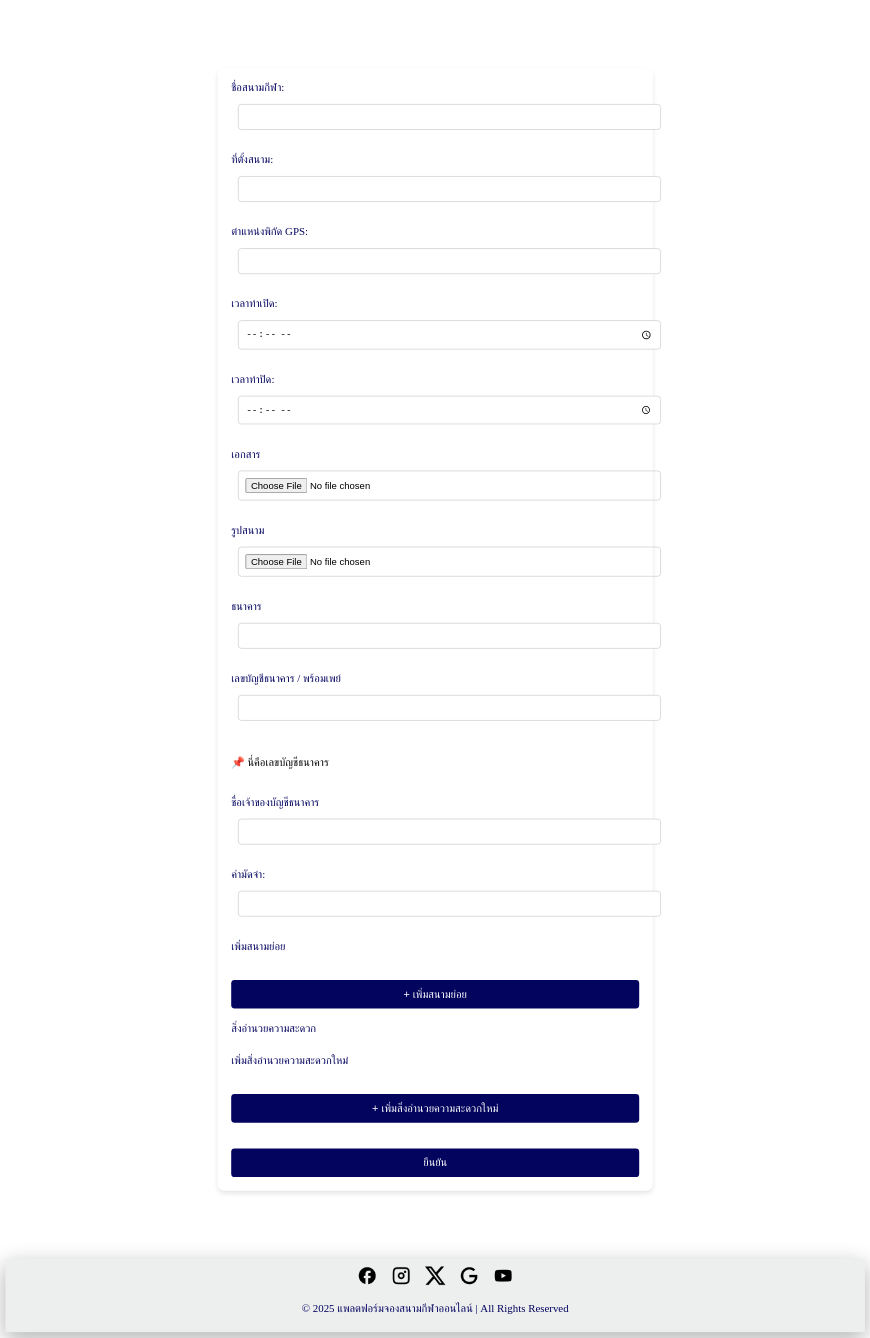
Repository: narawit101/project2
Page: /register-field (app in frontend/)
An editor plug-in stored every save of this project. The page is shown before and after the next save, followed by the edit.
The browser window is 1280 px wide. The pictures show the whole page, at 68% of full size.
The page's requests for data from a server got no answer. The project was rebuilt for these pictures with package versions that can differ from the ones it lists, and the page was loaded fresh each time. The framework's server and built-in components were replaced by stand-ins that run in the browser. No one was signed in, and anything a server would have sent is missing. Also part of the build but not shown: frontend/next.config.js, frontend/next.config.mjs, frontend/src/app/globals.css.

Above is the page before, as saved 2025-03-19 00:13:21.

### frontend/src/app/layout.jsx
import { Kanit } from "next/font/google";
import "./globals.css";
import  Footer from "./components/Footer"

const kanitFont = Kanit({
  variable: "--font-kanit",
  subsets: ["latin", "thai"],
  weight: ["300", "400", "600"],
});

export const metadata = {
  title: "แพลตฟอร์มจองสนามกีฬาออนไลน์",
  description: "Generated by create next app",
  icons: {
    icon:"./favicon.ico"
  }
};

export default function RootLayout({ children }) {
  return (
    <html lang="en">
      <body className={`${kanitFont.variable} antialiased`}>{children}
      <Footer></Footer>
      </body>

    </html>
  );
}

### frontend/src/app/(shared)/register-field/page.jsx
import React from "react";
import RegisterFieldForm from "@/app/components/RegisterFieldForm";

export default function RegisterFieldPage() {
  return (
    <>
    <RegisterFieldForm></RegisterFieldForm>

    </>
  );
}

### frontend/src/app/components/Footer.jsx
import React from "react";
import "../css/footer.css";

export default function Footer() {
  return (
    <div>
      <footer className="footer">
        <div className="social-icons">
          <a href="#">
            <img src="img/fblogo.png" alt="Facebook" />
          </a>
          <a href="#">
            <img src="img/iglogo.png" alt="Instagram" />
          </a>
          <a href="#">
            <img src="img/xlogo.png" alt="Twitter" />
          </a>
          <a href="#">
            <img src="img/gglogo.png" alt="Google" />
          </a>
          <a href="#">
            <img src="img/ytlogo.png" alt="YouTube" />
          </a>
        </div>

        <p className="copyright">
          &copy; 2025 แพลตฟอร์มจองสนามกีฬาออนไลน์ | All Rights Reserved
        </p>
      </footer>
    </div>
  );
}

### frontend/src/app/components/RegisterFieldForm.jsx
"use client";
import React, { useState, useEffect } from "react";
import "../css/registerFieldForm.css";

export default function RegisterFieldForm() {
  const API_URL = "http://localhost:5000";

  const [sports, setSports] = useState([]);
  const [facilities, setFacilities] = useState([]);
  const [selectedFacilities, setSelectedFacilities] = useState({});
  const [subFields, setSubFields] = useState([]);
  const [addOns, setAddons] = useState([]);
  const [newFacility, setNewFacility] = useState("");
  const [showNewFacilityInput, setShowNewFacilityInput] = useState(false);

  const [fieldData, setFieldData] = useState({
    field_name: "",
    address: "",
    gps_location: "",
    documents: null,
    open_hours: "",
    close_hours: "",
    img_field: null,
    preview_img: null,
    number_bank: "",
    account_holder: "",
    price_deposit: "",
    name_bank: "",
    selectedSport: "",
  });

  // 📌 โหลดประเภทกีฬา
  useEffect(() => {
    fetch(`${API_URL}/sports_types`)
      .then((res) => res.json())
      .then((data) => setSports(data))
      .catch((error) => console.error("Error fetching sports:", error));
  }, []);

  // 📌 โหลดสิ่งอำนวยความสะดวก
  useEffect(() => {
    fetch(`${API_URL}/facilities`)
      .then((res) => res.json())
      .then((data) => setFacilities(data))
      .catch((error) => console.error("Error fetching facilities:", error));
  }, []);

  // 📌 อัปเดตค่าช่องกรอกข้อมูลสนาม
  const handleFieldChange = (e) => {
    setFieldData({ ...fieldData, [e.target.name]: e.target.value });
  };

  // 📌 ฟังก์ชันเลือก Checkbox สิ่งอำนวยความสะดวก
  const handleFacilityChange = (facId) => {
    setSelectedFacilities((prev) => {
      const updatedFacilities = { ...prev };
      if (updatedFacilities[facId] !== undefined) {
        delete updatedFacilities[facId];
      } else {
        updatedFacilities[facId] = "";
      }
      return updatedFacilities;
    });
  };

  // 📌 ฟังก์ชันอัปเดตราคาสิ่งอำนวยความสะดวก
  const handleFacilityPriceChange = (facId, price) => {
    setSelectedFacilities((prev) => ({
      ...prev,
      [facId]: price,
    }));
  };

  // 📌 ฟังก์ชันเพิ่มสิ่งอำนวยความสะดวกใหม่
  const addNewFacility = async () => {
    if (!newFacility.trim()) return;

    const res = await fetch(`${API_URL}/facilities/add`, {
      method: "POST",
      headers: { "Content-Type": "application/json" },
      body: JSON.stringify({ fac_name: newFacility }),
    });

    const data = await res.json();
    if (data.error) {
      console.error("Error:", data.error);
      return;
    }

    setFacilities([...facilities, data]);
    setNewFacility("");
    setShowNewFacilityInput(false);
  };

  // ✅ เพิ่มสนามย่อย (มี addOns ในตัวเอง)
  const addSubField = () => {
    // ✅ ดึง user_id จาก localStorage
    const storedUser = localStorage.getItem("user");
    const userData = storedUser ? JSON.parse(storedUser) : null;
    const userId = userData ? userData.user_id : null; // ดึง user_id

    setSubFields([
      ...subFields,
      { name: "", price: "", sport_id: "", user_id: userId, addOns: [] },
    ]);
  };

  // ✅ ลบสนามย่อย (รวมถึง Add-ons ที่อยู่ภายใน)
  const removeSubField = (index) => {
    setSubFields(subFields.filter((_, i) => i !== index));
  };

  // ✅ อัปเดตข้อมูลสนามย่อย
  const updateSubField = (index, key, value) => {
    const updatedSubFields = [...subFields];
    updatedSubFields[index][key] = value;
    setSubFields(updatedSubFields);
  };

  const addAddOn = (subIndex) => {
    const updatedSubFields = [...subFields];
    updatedSubFields[subIndex].addOns.push({ content: "", price: "" });
    setSubFields(updatedSubFields);
  };

  // 📌 อัปเดตค่า Add-on
  const updateAddOn = (subIndex, addOnIndex, key, value) => {
    const updatedSubFields = [...subFields];
    updatedSubFields[subIndex].addOns[addOnIndex][key] = value;
    setSubFields(updatedSubFields);
  };

  // 📌 ลบ Add-on
  const removeAddOn = (subIndex, addOnIndex) => {
    const updatedSubFields = [...subFields];
    updatedSubFields[subIndex].addOns.splice(addOnIndex, 1);
    setSubFields(updatedSubFields);
  };

  // 📌 ฟังก์ชันจัดการอัปโหลดรูป และแสดงตัวอย่าง
  const handleimgChange = (e) => {
    const file = e.target.files[0]; // ดึงไฟล์รูปจาก input
    if (file) {
      setFieldData({
        ...fieldData,
        img_field: file,
        imgPreview: URL.createObjectURL(file), // สร้าง URL เพื่อแสดงรูป
      });
    }
  };

  const handleSubmit = async (e) => {
    e.preventDefault();

    const storedUser = localStorage.getItem("user");
    if (!storedUser) {
      alert("❌ กรุณาเข้าสู่ระบบก่อน!");
      return;
    }

    const userData = JSON.parse(storedUser);
    const userId = userData.user_id; // ✅ ดึง user_id ตอน Submit

    const formData = new FormData();
    formData.append("documents", fieldData.documents);
    formData.append("img_field", fieldData.img_field); // ✅ เพิ่มการส่งรูปภาพ
    formData.append(
      "data",
      JSON.stringify({
        user_id: userId,
        field_name: fieldData.field_name,
        address: fieldData.address,
        gps_location: fieldData.gps_location,
        open_hours: fieldData.open_hours,
        close_hours: fieldData.close_hours,
        number_bank: fieldData.number_bank,
        account_holder: fieldData.account_holder,
        price_deposit: fieldData.price_deposit,
        name_bank: fieldData.name_bank,
        status: fieldData.status || "รอตรวจสอบ", // ✅ เพิ่มค่า Status
        selectedFacilities,
        subFields: subFields,
      })
    );

    try {
      const res = await fetch("http://localhost:5000/field/register", {
        method: "POST",
        body: formData,
      });

      const data = await res.json();
      if (data.error) {
        console.error("❌ Error:", data.error);
        alert("เกิดข้อผิดพลาด: " + data.error);
        return;
      }

      alert("บันทึกข้อมูลสนามเรียบร้อย! รูปภาพถูกอัปโหลดที่: " + data.img_path);
    } catch (error) {
      console.error("❌ Fetch Error:", error);
      alert("เกิดข้อผิดพลาดในการส่งข้อมูล");
    }
  };

  return (
    <div className="contianer">
      <form onSubmit={handleSubmit} encType="multipart/form-data">
        <div className="input-group">
          {" "}
          <label>ชื่อสนามกีฬา:</label>
          <input
            type="text"
            name="field_name"
            value={fieldData.field_name}
            onChange={handleFieldChange}
          />
        </div>
        <div className="input-group">
          <label>ที่ตั้งสนาม:</label>
          <input
            type="text"
            name="address"
            value={fieldData.address}
            onChange={handleFieldChange}
          />
        </div>
        <div className="input-group">
          <label>ตำแหน่งพิกัด GPS:</label>
          <input
            type="text"
            name="gps_location"
            value={fieldData.gps_location}
            onChange={handleFieldChange}
          />
        </div>
        <div className="input-group">
          <label>เวลาทำเปิด:</label>
          <input
            type="time"
            name="open_hours"
            value={fieldData.open_hours}
            onChange={handleFieldChange}
          />
        </div>
        <div className="input-group">
          <label>เวลาทำปิด:</label>
          <input
            type="time"
            name="close_hours"
            value={fieldData.close_hours}
            onChange={handleFieldChange}
          />
        </div>
        <div className="input-group">
          <label htmlFor="documents">เอกสาร</label>
          <input
            type="file"
            onChange={(e) =>
              setFieldData({ ...fieldData, documents: e.target.files[0] })
            }
          />
        </div>
        <div className="input-group">
          <label htmlFor="img_field">รูปสนาม</label>

          <input type="file" onChange={handleimgChange} accept="image/*" />
        </div>
        {/* ✅ แสดงรูปตัวอย่างถ้ามีการอัปโหลด */}
        {fieldData.imgPreview && (
          <div>
            <p>ตัวอย่างรูป:</p>
            <img
              src={fieldData.imgPreview}
              alt="Preview"
              style={{ width: "200px", height: "auto", marginTop: "10px" }}
            />
          </div>
        )}
        <div className="input-group">
          <label htmlFor="bank">ธนาคาร</label>
          <input
            type="text"
            name="name_bank"
            value={fieldData.name_bank}
            onChange={handleFieldChange}
          />
        </div>
        <div className="input-group">
          <label htmlFor="bank">เลขบัญชีธนาคาร / พร้อมเพย์</label>
          <input
            type="number"
            name="number_bank"
            value={fieldData.number_bank}
            onChange={(e) => {
              const value = e.target.value;

              // ✅ อนุญาตเฉพาะตัวเลข
              if (/^\d*$/.test(value)) {
                setFieldData({ ...fieldData, number_bank: value });
              }
            }}
            onBlur={() => {
              const isPromptPay = fieldData.name_bank === "พร้อมเพย์";
              const length = fieldData.number_bank.length;

              // ✅ ตรวจสอบความถูกต้องของเลขที่กรอก
              if (
                (!isPromptPay && length !== 12) || // ✅ ถ้าเป็นบัญชีธนาคารต้อง 12 หลัก
                (isPromptPay && length !== 10 && length !== 13) // ✅ ถ้าเป็นพร้อมเพย์ต้อง 10 หรือ 13 หลัก
              ) {
                alert("เลขที่กรอกไม่ถูกต้อง กรุณากรอกให้ตรงกับเงื่อนไข");
                setFieldData({ ...fieldData, number_bank: "" }); // ❌ เคลียร์ค่า
              }
            }}
            maxLength={13} // ✅ จำกัดสูงสุดที่ 13 หลัก
          />
        </div>
        <div className="input-group">
          <p>
            📌{" "}
            {fieldData.name_bank === "พร้อมเพย์"
              ? "นี่คือหมายเลขพร้อมเพย์"
              : "นี่คือเลขบัญชีธนาคาร"}
          </p>
        </div>
        <div className="input-group">
          <label htmlFor="bank">ชื่อเจ้าของบัญชีธนาคาร</label>
          <input
            type="text"
            name="account_holder"
            value={fieldData.account_holder}
            onChange={handleFieldChange}
          />
        </div>
        <div className="input-group">
          <label>ค่ามัดจำ:</label>
          <input
            type="number"
            name="price_deposit"
            value={fieldData.price_deposit}
            onChange={handleFieldChange}
          />
        </div>
        <div className="input-group">
          <label>เพิ่มสนามย่อย</label>
        </div>
        {subFields.map((sub, subIndex) => (
          <div
            key={subIndex}

          >
            {/* ✅ Input กรอกชื่อสนามย่อย */}
            <div className="input-group">
              <input
                type="text"
                placeholder="ชื่อสนามย่อย"
                value={sub.name}
                onChange={(e) =>
                  updateSubField(subIndex, "name", e.target.value)
                }
              />
            </div>
            {/* ✅ Input กรอกราคา */}
            <div className="input-group">
              <input
                type="number"
                placeholder="ราคา"
                value={sub.price}
                onChange={(e) =>
                  updateSubField(subIndex, "price", e.target.value)
                }
              />
            </div>

            {/* ✅ Dropdown เลือกประเภทกีฬา */}
            <div className="input-group">
              <select
                value={sub.sport_id}
                onChange={(e) =>
                  updateSubField(subIndex, "sport_id", e.target.value)
                }
              >
                <option value="">เลือกประเภทกีฬา</option>
                {sports.map((sport) => (
                  <option key={sport.sport_id} value={sport.sport_id}>
                    {sport.sport_name}
                  </option>
                ))}
              </select>
            </div>

            {/* ✅ ปุ่มเพิ่มกิจกรรมเพิ่มเติม (เฉพาะสนามนี้) */}
            <button
              className="addbtn"
              type="button"
              onClick={() => addAddOn(subIndex)}
            >
              เพิ่มกิจกรรมเพิ่มเติม
            </button>

            {/* ✅ ปุ่มลบสนามย่อย */}
            <button
              className="delbtn"
              type="button"
              onClick={() => removeSubField(subIndex)}
            >
              ลบสนามย่อย
            </button>

            {/* ✅ แสดงรายการกิจกรรมเพิ่มเติมที่อยู่ในสนามนี้ */}
            {sub.addOns.map((addon, addOnIndex) => (
              <div
                key={addOnIndex}
                style={{ marginLeft: "20px", marginTop: "5px" }}
              >
                {/* ✅ Input กรอกชื่อกิจกรรม */}
                <div className="input-group">
                  <input
                    type="text"
                    placeholder="ชื่อกิจกรรม"
                    value={addon.content}
                    onChange={(e) =>
                      updateAddOn(
                        subIndex,
                        addOnIndex,
                        "content",
                        e.target.value
                      )
                    }
                  />
                </div>
                {/* ✅ Input กรอกราคา */}
                <div className="input-group">
                  <input
                    type="number"
                    placeholder="ราคา"
                    value={addon.price}
                    onChange={(e) =>
                      updateAddOn(subIndex, addOnIndex, "price", e.target.value)
                    }
                  />
                </div>

                {/* ✅ ปุ่มลบกิจกรรมเพิ่มเติม */}
                <button
                  className="delevn"
                  type="button"
                  onClick={() => removeAddOn(subIndex, addOnIndex)}
                >
                  ลบกิจกรรมเพิ่มเติม
                </button>
              </div>
            ))}
          </div>
        ))}

        {/* ✅ ปุ่มเพิ่มสนามย่อย */}

        <button className="addsubfield" type="button" onClick={addSubField}>
          + เพิ่มสนามย่อย
        </button>
        <div className="input-group">
          <label>สิ่งอำนวยความสะดวก</label>
        </div>
        {facilities.map((fac) => (
          <div key={fac.fac_id} className="facility-item">
            {/* Checkbox เลือกสิ่งอำนวยความสะดวก */}
            <div className="input-group-checkbox">
              <input
                type="checkbox"
                checked={selectedFacilities[fac.fac_id] !== undefined}
                onChange={() => handleFacilityChange(fac.fac_id)}
              />
              <label>{fac.fac_name}</label>
            </div>

            {/* ป้อนราคาเมื่อเลือกสิ่งอำนวยความสะดวก */}
            {selectedFacilities[fac.fac_id] !== undefined && (
              <div className="input-group-checkbox">
                <input
                  type="number"
                  placeholder="กำหนดราคา"
                  value={selectedFacilities[fac.fac_id]}
                  onChange={(e) =>
                    handleFacilityPriceChange(fac.fac_id, e.target.value)
                  }
                />
              </div>
            )}
          </div>
        ))}

        <div className="input-group">
          <label>เพิ่มสิ่งอำนวยความสะดวกใหม่</label>
        </div>
        {!showNewFacilityInput ? (
          <button
            className="addfac"
            type="button"
            onClick={() => setShowNewFacilityInput(true)}
          >
            + เพิ่มสิ่งอำนวยความสะดวกใหม่
          </button>
        ) : (
          <div>
            <input
              type="text"
              placeholder="ชื่อสิ่งอำนวยความสะดวก"
              value={newFacility}
              onChange={(e) => setNewFacility(e.target.value)}
            />
            <button className="savebtn" type="button" onClick={addNewFacility}>
              บันทึก
            </button>
            <button
              className="canbtn"
              type="button"
              onClick={() => setShowNewFacilityInput(false)}
            >
              ยกเลิก
            </button>
          </div>
        )}

        <br />
        <button type="submit">ยืนยัน</button>
      </form>
    </div>
  );
}

### frontend/src/app/css/footer.css
:root {
  --text-color: #03045e;
}
.footer {
  background: #edefef;
  padding: 10px 0;
  text-align: center;
  color: var(--text-color);
  position: relative;
  box-shadow: 0px 10px 30px rgba(0, 0, 0, 0.3);
}

.social-icons {
  display: flex;
  justify-content: center;
  gap: 20px;
  margin-bottom: 20px;
}

.social-icons a img {
  width: 30px;
  height: 30px;
  transition: transform 0.3s ease-in-out;
}

.social-icons a:hover img {
  transform: scale(1.1);
  filter: brightness(1.2);
}

.copyright {
  font-size: 16px;
}

### frontend/src/app/css/registerFieldForm.css
:root {
  --text-color: #03045e;
}

.contianer {
  width: 100%;
  max-width: 600px;
  margin: 100px auto;
  padding: 20px;
  background: #ffffff;
  box-shadow: 0 4px 8px rgba(0, 0, 0, 0.1);
  border-radius: 10px;
  text-align: left;
}
form {
  display: flex;
  flex-direction: column;
}

.input-group {
  margin-bottom: 25px;
  text-align: left;
}

.facility-item {
  display: flex;
  flex-direction: column;
  margin-bottom: 15px;
}

.input-group-checkbox {
    display: flex;
    align-items: center;
    margin-bottom: 10px;
  }

.input-group-checkbox input[type="checkbox"] {
  margin-right: 10px;
  width: 20px;
  height: 20px;
  accent-color: #2980b9;
  cursor: pointer;
}

.input-group-checkbox input[type="checkbox"]:checked + label {
  color: #2980b9; /* เปลี่ยนสีข้อความเมื่อเลือก checkbox */
}

.input-group-checkbox label:hover {
  color: #3498db;
}

label {
  font-size: 16px;
  font-weight: 500;
  color: var(--text-color);
  display: block;
  margin-bottom: 5px;
}

input {
  margin: 10px;
  width: 100%;
  padding: 10px;
  border: 1px solid #ccc;
  border-radius: 5px;
  font-size: 14px;
  transition: 0.3s;
}

input:focus {
  border-color: var(--text-color);
  box-shadow: 0 0 5px rgba(3, 4, 94, 0.5);
  outline: none;
}
.addbtn {
  margin: 0px 0px 10px 0px;
}
.delbtn {
  margin: 0px 0px 10px 10px;
}
.delevn {
  margin: 0px 0px 10px 0px;
}
.addsubfield {
  margin: 10px 0px 20px 0px;
}
.addfac {
  margin: 10px 0px 20px 0px;
}
.savebtn {
  margin: 10px 0px 20px 0px;
}
.canbtn {
  margin: 10px 0px 20px 10px;
}
button {
  background: var(--text-color);
  color: white;
  border: none;
  padding: 12px;
  font-size: 16px;
  cursor: pointer;
  border-radius: 5px;
  transition: 0.3s;
}

button:hover {
  background: #02226c;
}

### frontend/tailwind.config.mjs
/** @type {import('tailwindcss').Config} */
export default {
  content: [
    "./src/pages/**/*.{js,ts,jsx,tsx,mdx}",
    "./src/components/**/*.{js,ts,jsx,tsx,mdx}",
    "./src/app/**/*.{js,ts,jsx,tsx,mdx}",
  ],
  theme: {
    extend: {
      colors: {
        background: "var(--background)",
        foreground: "var(--foreground)",
      },
    },
  },
  plugins: [],
};

After the next save:
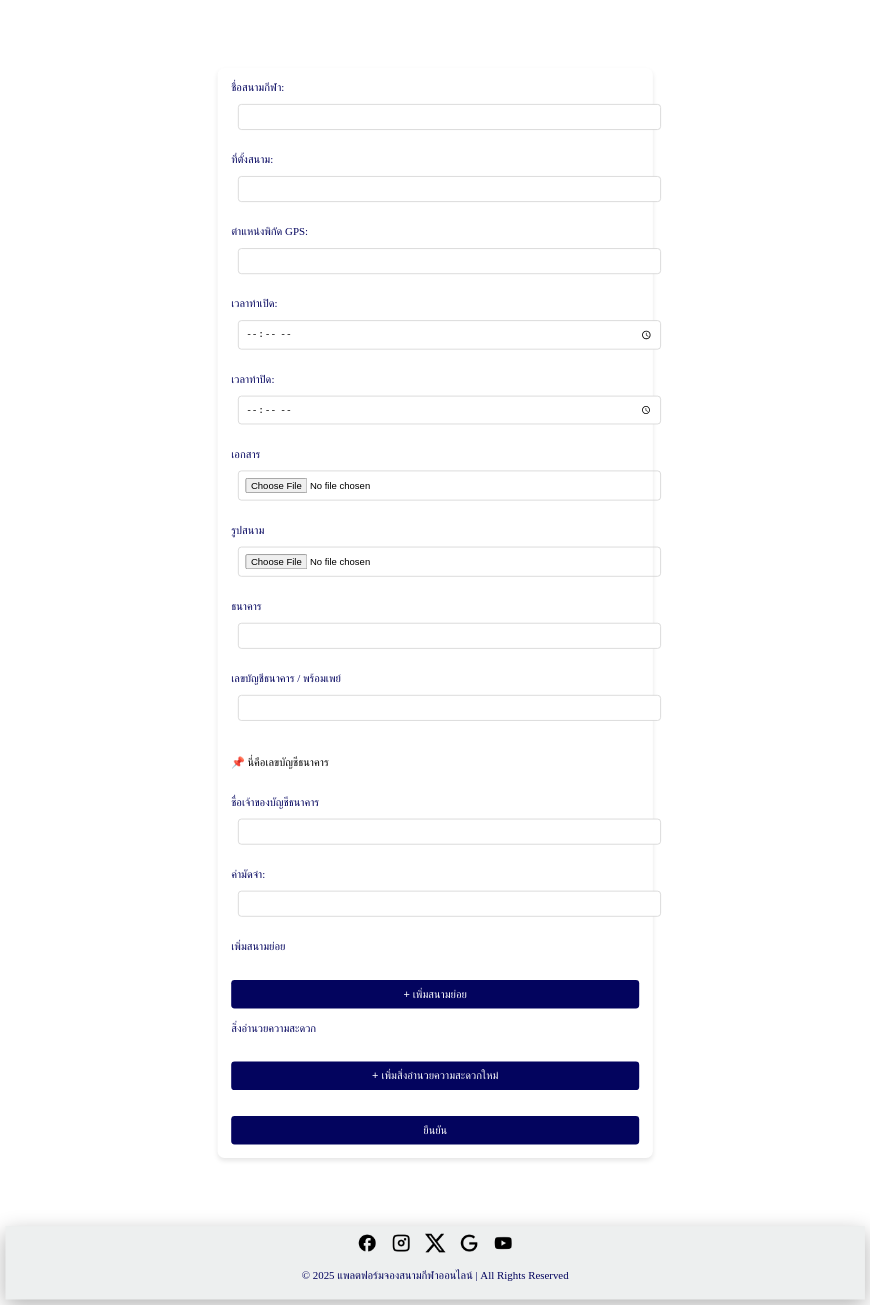
Saved 2 min 9 s later.
--- a/frontend/src/app/components/RegisterFieldForm.jsx
+++ b/frontend/src/app/components/RegisterFieldForm.jsx
@@ -490,10 +490,6 @@ export default function RegisterFieldForm() {
             )}
           </div>
         ))}
-
-        <div className="input-group">
-          <label>เพิ่มสิ่งอำนวยความสะดวกใหม่</label>
-        </div>
         {!showNewFacilityInput ? (
           <button
             className="addfac"
